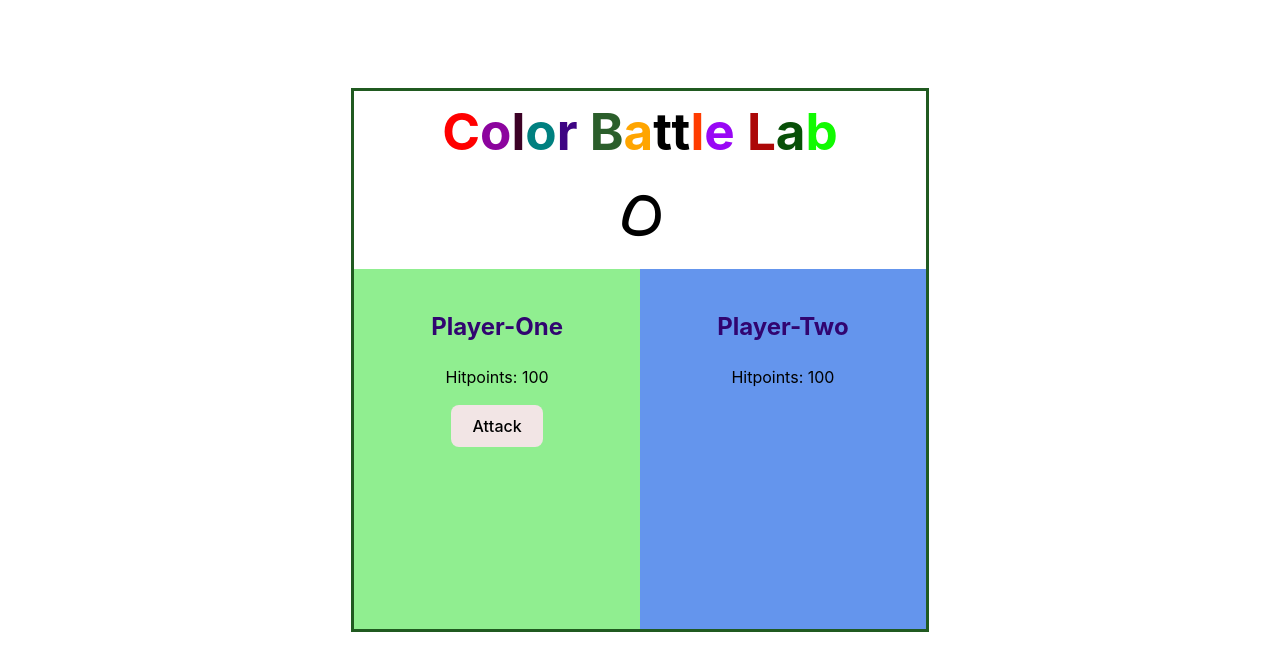
Repository: RAWdevX21/color-battle_lab-build
Page: /
These files come from the project's save history. The page is drawn as it stood at one moment and after the next save; the edit follows.
The browser window is 1280 px wide. The pictures show the whole page.
Some web fonts or font styles are not loaded; a fallback is used. The project was rebuilt for these pictures with package versions that can differ from the ones it lists, and the page was loaded fresh each time. Also part of the build but not shown: vite.config.js.

Above is the page before, as saved 2023-08-17 06:35:31.

### index.html
<!doctype html>
<html lang="en">
  <head>
    <meta charset="UTF-8" />
    <link rel="icon" type="image/svg+xml" href="/vite.svg" />
    <link rel="preconnect" href="https://fonts.googleapis.com">
    <link rel="preconnect" href="https://fonts.gstatic.com" crossorigin>
    <link href="https://fonts.googleapis.com/css2?family=Architects+Daughter&family=Short+Stack&family=Tillana&display=swap" rel="stylesheet">
    <meta name="viewport" content="width=device-width, initial-scale=1.0" />
    <title>Color Battle</title>
  </head>
  <body>
    <div id="root"></div>
    <script type="module" src="/src/main.jsx"></script>
  </body>
</html>

### src/App.jsx
import { useState } from "react";
import GameBanner from "./Components/GameBanner";
import Player from "./Components/PlayerInfo";
import "./App.css";

export default function App() {

  const [player1, setPlayer1] = useState({
    name: "Player-One",
    color: "lightgreen",
    hitpoints: 100,
    turn: true
  });

  const [player2, setPlayer2] = useState({
    name: "Player-Two",
    color: "cornflowerblue",
    hitpoints: 100,
    turn: false
  });

  const [dice, setDice] = useState(0);

  const handleAttack = (attacker, defender, setAttacker, setDefender) => {
    const damage = Math.floor(Math.random() * 6) + 1;
    setDice(damage);

    const updatedDefender = {
      ...defender,
      hitpoints: defender.hitpoints - damage
    };
    const updatedAttacker = { ...attacker, turn: false };

    setDefender(updatedDefender);
    setAttacker(updatedAttacker);

    // Switch turns
    if (attacker === player1) {
      setPlayer2({ ...player2, turn: true });
    } else {
      setPlayer1({ ...player1, turn: true });
    }


    if (updatedDefender.hitpoints <= 0) {
      alert(`${attacker.name} wins!`);
    }
  };

  return (
    <div className="game-board">
      <GameBanner damagePoints={dice} />

      <div className="players-container">
        <div className="player-wrapper">
          <Player
            player={player1}
            onAttack={() =>
              handleAttack(player1, player2, setPlayer1, setPlayer2)
            }
          />
        </div>
        <div className="player-wrapper">
          <Player
            player={player2}
            onAttack={() =>
              handleAttack(player2, player1, setPlayer2, setPlayer1)
            }
          />
        </div>
      </div>
    </div>
  );
}

### src/index.css
:root {
  font-family: Inter, system-ui, Avenir, Helvetica, Arial, sans-serif;
  line-height: 1.5;
  font-weight: 400;

  color-scheme: light dark;
  background-color: #242424;

}

body {
  margin: 0;
  display: flex;
  place-items: center;
  min-width: 320px;
  min-height: 100vh;
}

h1 {
  font-size: 3.2em;
  line-height: 1.1;
}

button {
  border-radius: 8px;
  border: 1px solid transparent;
  padding: 0.6em 1.2em;
  font-size: 1em;
  font-weight: 500;
  font-family: inherit;
  background-color: #1a1a1a;
  cursor: pointer;
  transition: border-color 0.25s;
}
button:hover {
  border-color: #646cff;
}
button:focus,
button:focus-visible {
  outline: 4px auto -webkit-focus-ring-color;
}

@media (prefers-color-scheme: light) {
  :root {
    background-color: #ffffff;
  }

  button {
    background-color: #ffffff;
  }
}

### src/Components/GameBanner.jsx
import './GameBanner.css';
import Die from "./Die";

const GameBanner = ({ damagePoints }) => {
    return (
      <div className="banner">
        <h1>
          <span className="banner--c">C</span>
          <span className="banner--o">o</span>
          <span className="banner--l">l</span>
          <span className="banner--o2">o</span>
          <span className="banner--r">r</span>
          &nbsp;
          <span className="banner--b">B</span>
          <span className="banner--a">a</span>
          <span className="banner--t">t</span>
          <span className="banner--t">t</span>
          <span className="banner--l2">l</span>
          <span className="banner--e">e</span>
          &nbsp;
          <span className="banner--l3">L</span>
          <span className="banner--a2">a</span>
          <span className="banner--b2">b</span>
        </h1>
        <div className="damage-points">
          <Die value={damagePoints} />
        </div>
      </div>
    );
}

export default GameBanner;

### src/Components/PlayerInfo.jsx
import "./PlayerInfo.css";

const Player = ({ player, onAttack }) => {
  return (
    <div className="player" style={{ backgroundColor: player.color }}>
      <h2>{player.name}</h2>
      <p>Hitpoints: {player.hitpoints}</p>
      {player.turn && (
        <button className="attack-button" onClick={onAttack}>
          Attack
        </button>
      )}
    </div>
  );
};

export default Player;

### src/App.css
#root {
  margin: 0 auto;
  text-align: center;
  border: 3px solid rgba(3, 69, 3, 0.884);
}

h2 {
  color: rgb(49, 5, 112);
}

.players-container {
  display: flex;
  align-items: stretch;
}

.player-wrapper {
  flex: 1;
  height: 50vh;
  min-height: 50vh;
  box-sizing: border-box;
  overflow: hidden;
}

### src/Components/GameBanner.css
.banner {
    text-align: center;
    padding: 1em 5.5rem;
    background-color: #ffffff;
    color: black;
}

.damage-points {
    margin-top: 10px;
    font-size: 6rem;
}

h1 {
    margin-top: -0.25rem;
}

.banner h1 span.banner--c { color: red; }
.banner h1 span.banner--o { color: rgb(140, 4, 158); }
.banner h1 span.banner--l { color: rgb(60, 1, 38); }
.banner h1 span.banner--o2 { color: teal; }
.banner h1 span.banner--r { color: rgb(62, 5, 131); }
.banner h1 span.banner--b { color: rgb(43, 94, 43); }
.banner h1 span.banner--a { color: orange; }
.banner h1 span.banner--t { color: black; }
.banner h1 span.banner--l2 { color: rgb(255, 60, 0); }
.banner h1 span.banner--e { color: rgb(153, 7, 245); }
.banner h1 span.banner--l3 { color: rgb(172, 8, 8); }
.banner h1 span.banner--a2 { color: rgb(8, 80, 8); }
.banner h1 span.banner--b2 { color: rgb(17, 250, 1); }

### src/Components/Die.jsx
import "./Die.css";

const Die = ({ value }) => {
  return <div className="die-container">{value}</div>;
};

export default Die;

### src/Components/PlayerInfo.css
div.player {
    height: 30rem;
    overflow: hidden;
}

.player {
    padding: 20px;
    box-sizing: border-box;
    background-color: #f5f5f5;
}

.attack-button {
    padding: 10px 20px;
    background-color: rgb(242, 229, 229);
    color: black;
    cursor: pointer;
}

### src/Components/Die.css
.die-container {
    font-family: 'Short Stack', 'Architects Daughter', 'Tillana', cursive;
    width: 50px;
    height: 50px;
    display: flex;
    align-items: center;
    justify-content: center;
    font-size: 4rem;
    font-weight: bold;
    margin: 10px auto;
}

Loaded but not shown: src/main.jsx (common file)

After the next save:
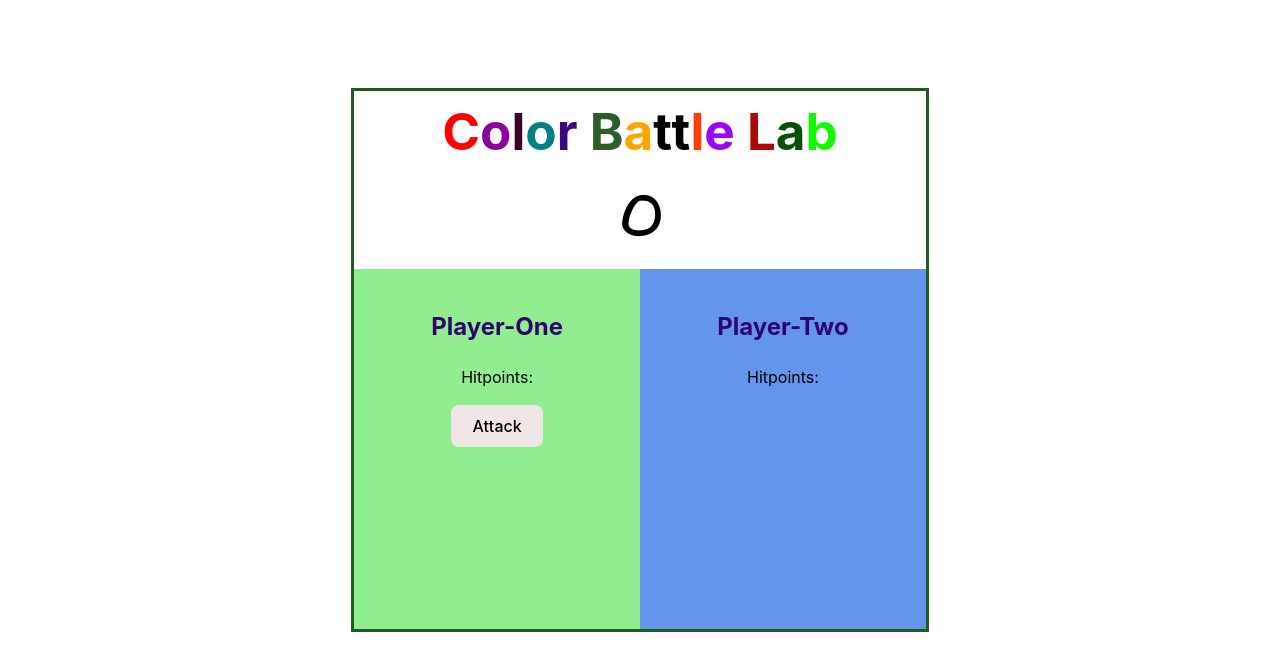
Saved 4 min 19 s later.
--- a/src/App.jsx
+++ b/src/App.jsx
@@ -8,14 +8,14 @@ export default function App() {
   const [player1, setPlayer1] = useState({
     name: "Player-One",
     color: "lightgreen",
-    hitpoints: 100,
+    HealthPoints: 100,
     turn: true
   });
 
   const [player2, setPlayer2] = useState({
     name: "Player-Two",
     color: "cornflowerblue",
-    hitpoints: 100,
+    HealthPoints: 100,
     turn: false
   });
 
